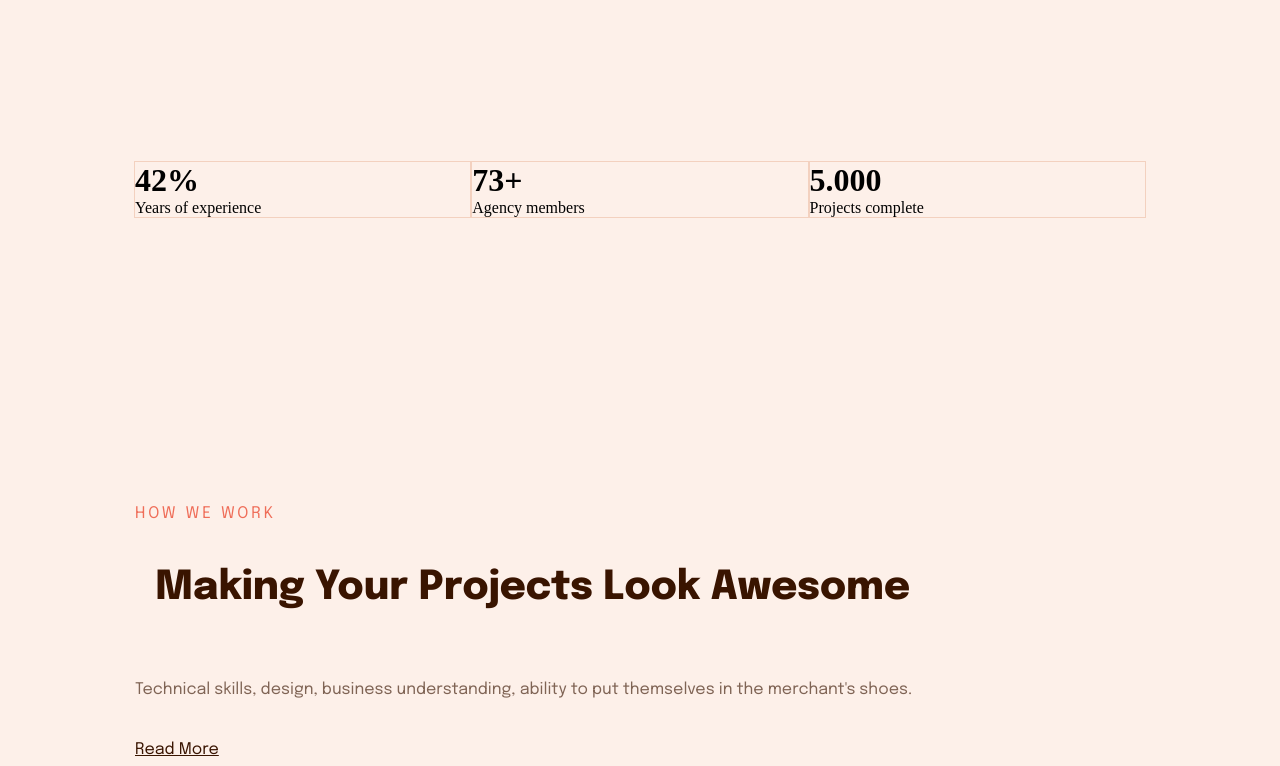
Repository: MehdiKerimov/Figma-task-7
Page: index.html
These files come from the project's save history. The page is drawn as it stood at one moment and after a run of saves; the edit follows.
The browser window is 1280 px wide. The pictures show the whole page.

Above is the page before, as saved 2023-08-30 12:04:14.

After the next 2 saves:
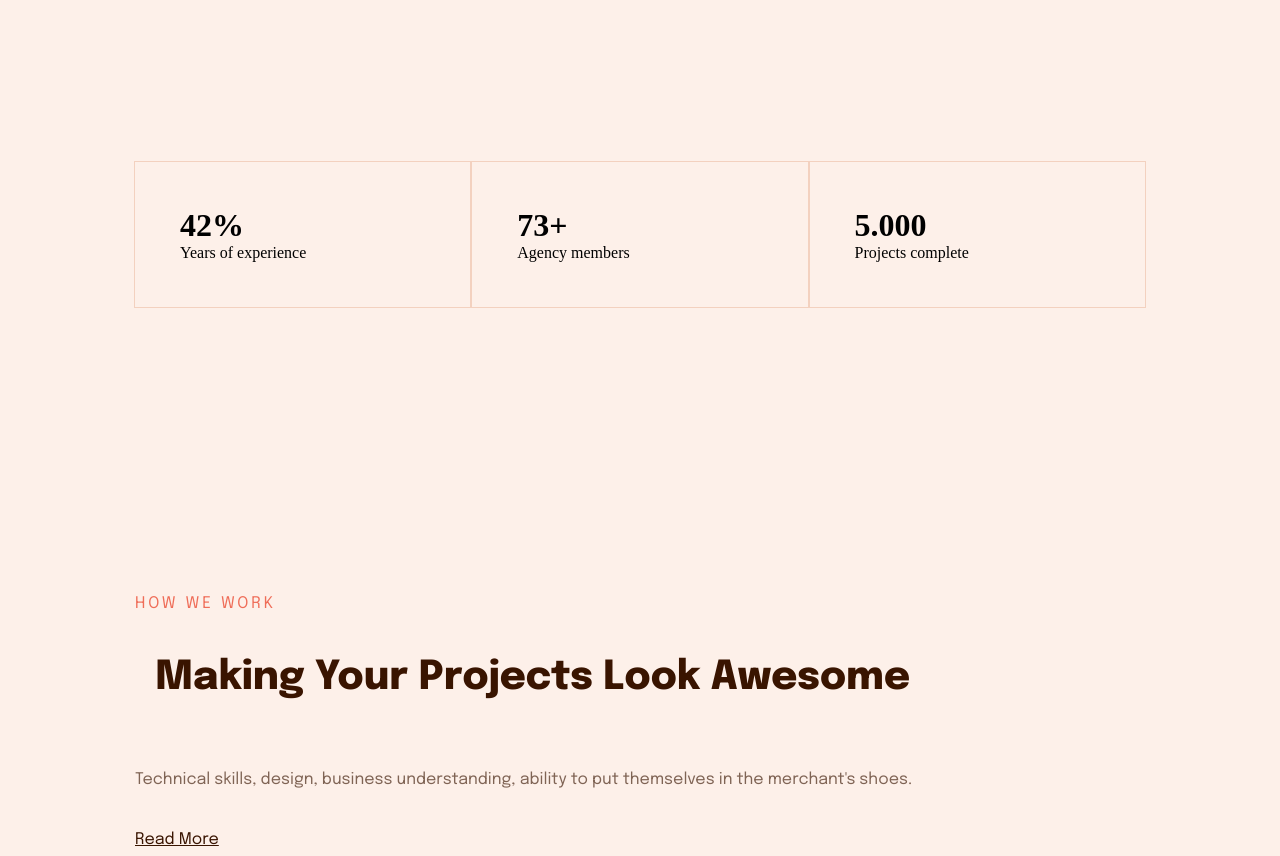
The 2 saves are shown as one change because they came seconds apart.
The last was saved 117 s later.
--- a/index.css
+++ b/index.css
@@ -24,6 +24,7 @@
     list-style-type: none;
     width: 33.33%;
     border: 1px solid #f3d1bf;
+    padding: 45px ;
 }
 
 .container-1 .box-1 li h1 {
